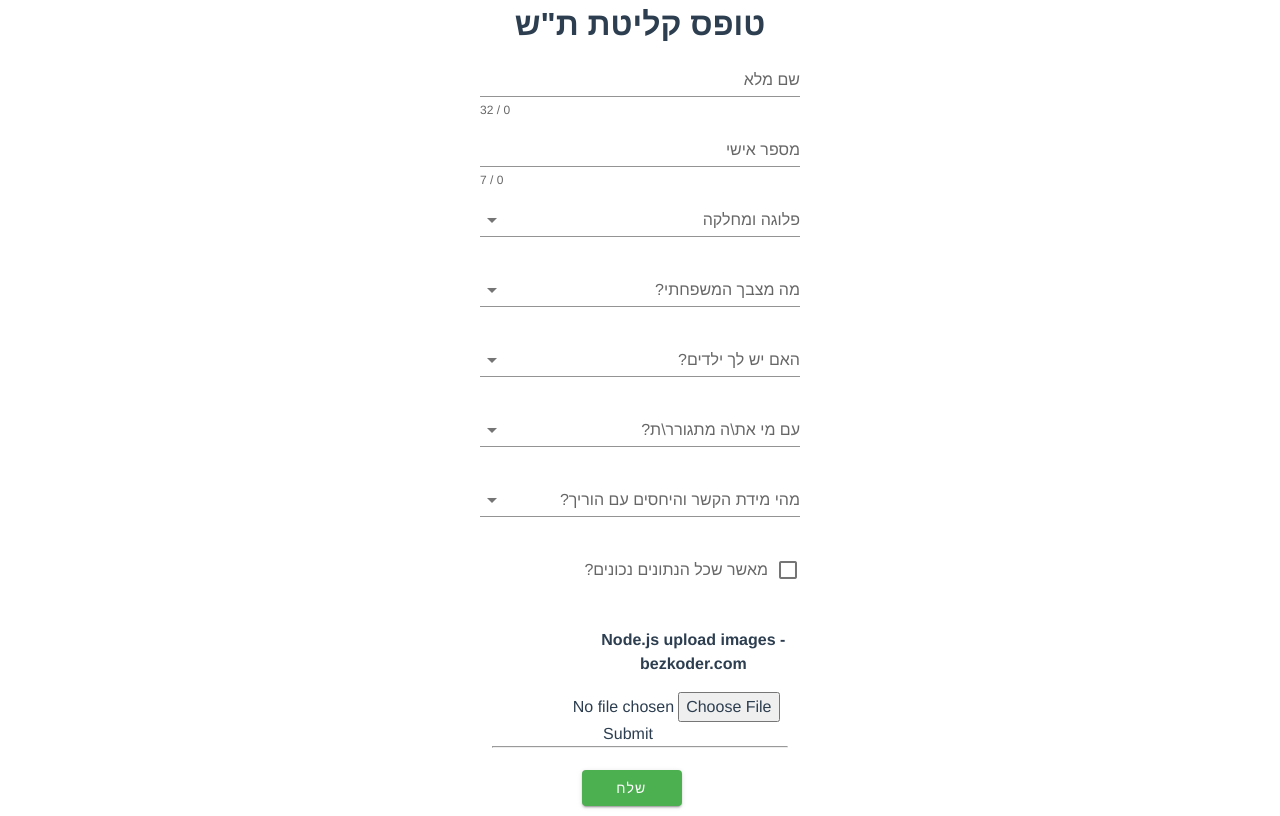
Repository: Natanhel/klitat-tash
Page: /
An editor plug-in stored every save of this project. The page is shown before and after a run of saves, followed by the edit.
The browser window is 1280 px wide. The pictures show the whole page.
The page's requests for data from a server got no answer. The project was rebuilt for these pictures with package versions that can differ from the ones it lists, and the page was loaded fresh each time. No one was signed in, and anything a server would have sent is missing. Also part of the build but not shown: vue.config.js.

Above is the page before, as saved 2020-12-02 13:13:50.

### src/App.vue
<template>
  <div id="app">
    <v-app>

      <h1>טופס קליטת ת"ש</h1>

      <v-form
        ref="form"
        v-model="valid"
        lazy-validation
      >
        <v-text-field
          v-model="name"
          :counter="32"
          :rules="nameRules"
          label="שם מלא"
          required
        ></v-text-field>

        <v-text-field
          v-model="pernr"
          :counter="7"
          :rules="pernrRules"
          label="מספר אישי"
          required
        ></v-text-field>

        <v-select
          v-model="select"
          :items="items"
          :rules="[v => !!v || 'נדרש להזין פלוגה ומחלקה']"
          label="פלוגה ומחלקה"
          required
        ></v-select>

        <v-select
          v-model="familySelect"
          :items="familyItems"
          :rules="[v => !!v || 'נדרש להזין מצב משפחתי']"
          label="מה מצבך המשפחתי?"
          required
        ></v-select>

        <v-select
          v-model="haveKidsSelect"
          :items="haveKidsItems"
          :rules="[v => !!v || 'נדרש להזין']"
          label="האם יש לך ילדים?"
          required
        ></v-select>

        <v-select
          v-model="livingWithSelect"
          :items="livingWithItems"
          :rules="[v => !!v || 'נדרש להזין']"
          label="עם מי את\ה מתגורר\ת?"
          required
        ></v-select>

        <v-select
          v-model="parentsStatusSelect"
          :items="parentsStatusItems"
          :rules="[v => !!v || 'נדרש להזין']"
          label="מהי מידת הקשר והיחסים עם הוריך?"
          required
        ></v-select>

        <v-checkbox
          v-model="checkbox"
          :rules="[v => !!v || 'עליך לאשר על מנת להמשיך!']"
          label="מאשר שכל הנתונים נכונים?"
          required
        ></v-checkbox>

      <div class="upload">

        <!-- <v-file-input
                id="input-files" v-model="files" show-size counter  chips label="העלאת קבצים"></v-file-input>

        <v-btn
          color="blue"
          class="mr-4"
          @click="uploadFile"
        >
          העלה קובץ
        </v-btn> -->

    <div class="container">
      <div class="row">
        <div class="col-sm-8 mt-3">
          <h4>Node.js upload images - bezkoder.com</h4>

          <form class="mt-4"
            action="/upload"
            method="POST"
            enctype="multipart/form-data"
          >
            <div class="form-group">
              <input
                type="file"
                name="file"
                id="input-files"
                class="form-control-file border"
              />
            </div>
            <button type="submit" class="btn btn-primary">Submit</button>
          </form>
        </div>
      </div>
      <hr />
      <div class="row">
        <div class="col-sm-12">
          <div class="preview-images"></div>
        </div>
      </div>
    </div>
      </div>
      <div class="btn-group">
        <v-btn
          color="success"
          class="mr-4"
          @click="validate"
        >
          שלח
        </v-btn>
      </div>

      </v-form>
    </v-app>
  </div>
</template>

<script>
// import mongoose from 'mongoose';
import axios from 'axios';

export default {
  name: 'App',
  mounted(){
    this.mongooseConnect()
    this.loginUser()
  },

  data: () => ({

    familySelect: '',
    haveKidsSelect: '',
    livingWithSelect: '',
    parentsStatusSelect: '',

    userToken: '',
    files: null,
    valid: true,
    name: '',
    nameRules: [
      v => !!v || 'נדרש להזין שם',
      v => !(v && v.length <= 4) || 'על השם להיות ארוך מ-4 תווים',
    ],
    pernr: '',
    pernrRules: [
      v => !!v || 'נדרש להזין מספר אישי',
      v => !(v.length !== 7) || 'על המספר להיות בדיוק 7 תווים'
    ],
    select: null,
    items: [
      'ו1',
      'ו2',
      'ו3',
      'ו4',
      'ו5',
    ],
    familyItems: [
      'רווק/ה',
      'נשוי/ה',
      'גרוש/ה'
    ],
    haveKidsItems: [
      'כן', 'לא'
    ],
    livingWithItems: [
      'מתוגרר/ת עם ההורים (אחד מהם לפחות)',
      'איני מתגורר/ת עם ההורים'
    ],
    parentsRelationsItems: [
      'בקשר עם שניהם ויחסים תקינים',
      'בקשר וביחסיפ תקינים (רק עם אחד מהם)',
      'בקשר עם שניהם/אחד מהם ומערכת יחסים רעועה',
      'לא בקשר בכלל'
    ],
    parentsStatusItems: [
      'נשואים',
      'גרושים',
      'פרודים',
      'אלמנ/ה',
      'רווק/ה'
    ],
    checkbox: false,
  }),
  methods: {
    loginUser(){

    // login
    const data = JSON.stringify({"password":"passward","email":"natanhelp@gmail.com"});

    const config = {
      method: 'post',
      url: 'https://nat-task-manager.herokuapp.com/users/login',
      headers: {
        'Content-Type': 'application/json'
      },
      data : data
    };

    axios(config)
      .then((response) => {
        this.userToken = response.data.token
      })
      .catch((error) => {
        console.log(error);
      })
    },
    validate () {
      this.$refs.form.validate()
    },
    uploadFile() {
      // document.ready(function() {
        let imagesPreview = function(input, placeToInsertImagePreview) {
          if (input.files) {
            let filesAmount = input.files.length;
            for (let i = 0; i < filesAmount; i++) {
              let reader = new FileReader();
              reader.onload = function(event) {
                document.parseHTML("<img>")
                  .attr("src", event.target.result)
                  .appendTo(placeToInsertImagePreview);
              };
              reader.readAsDataURL(input.files[i]);
            }
          }
        };
        document.getElementById("input-files").on("change", function() {
          imagesPreview(this, "div.preview-images");
        });
      // });
    },
    getFile(){

    },
    mongooseConnect(){
      // const connectionURL = process.env.MONGODB_URL
      // const connectionURL = 'mongodb+srv://taskapp:v1s774roecm@cluster0.r2ica.mongodb.net/test'

      // mongoose.connect(connectionURL, {
      //   useNewUrlParser: true,
      //   useCreateIndex: true,
      //   useUnifiedTopology: true,
      //   useFindAndModify: false
      // })
    }
  },
}
</script>

<style>
#app {
  font-family: Avenir, Helvetica, Arial, sans-serif;
  -webkit-font-smoothing: antialiased;
  -moz-osx-font-smoothing: grayscale;
  text-align: center;
  color: #2c3e50;
  margin-top: 60px;
}

form
{
  width: 20rem;
}

#app
{
  padding: 0; margin: 0;
  display: flex;
  align-items: center;
  justify-content: center;
  background-color: transparent;
}

.v-btn
{
  width: 100px;
}

.btn-group{
  width: 100%;
  padding: 10px;
}

.upload
{
  display: flex;
  flex-direction: row;
  width: 20rem;
}

@media screen and (max-width: 500px) {
  .upload
  {
    flex-direction: column;
    width: 100%;
    justify-content: center;
    align-items: center;
  }
  .v-input
  {
    width: 20rem;
  }
}

      div.preview-images > img {
        width: 30%;
      }
</style>

### src/plugins/vuetify.js
import Vue from 'vue';
import Vuetify from 'vuetify/lib';

Vue.use(Vuetify);

export default new Vuetify({
    rtl: true,
});

Loaded but not shown: public/index.html (common file); src/main.js (common file)

After the next 2 saves:
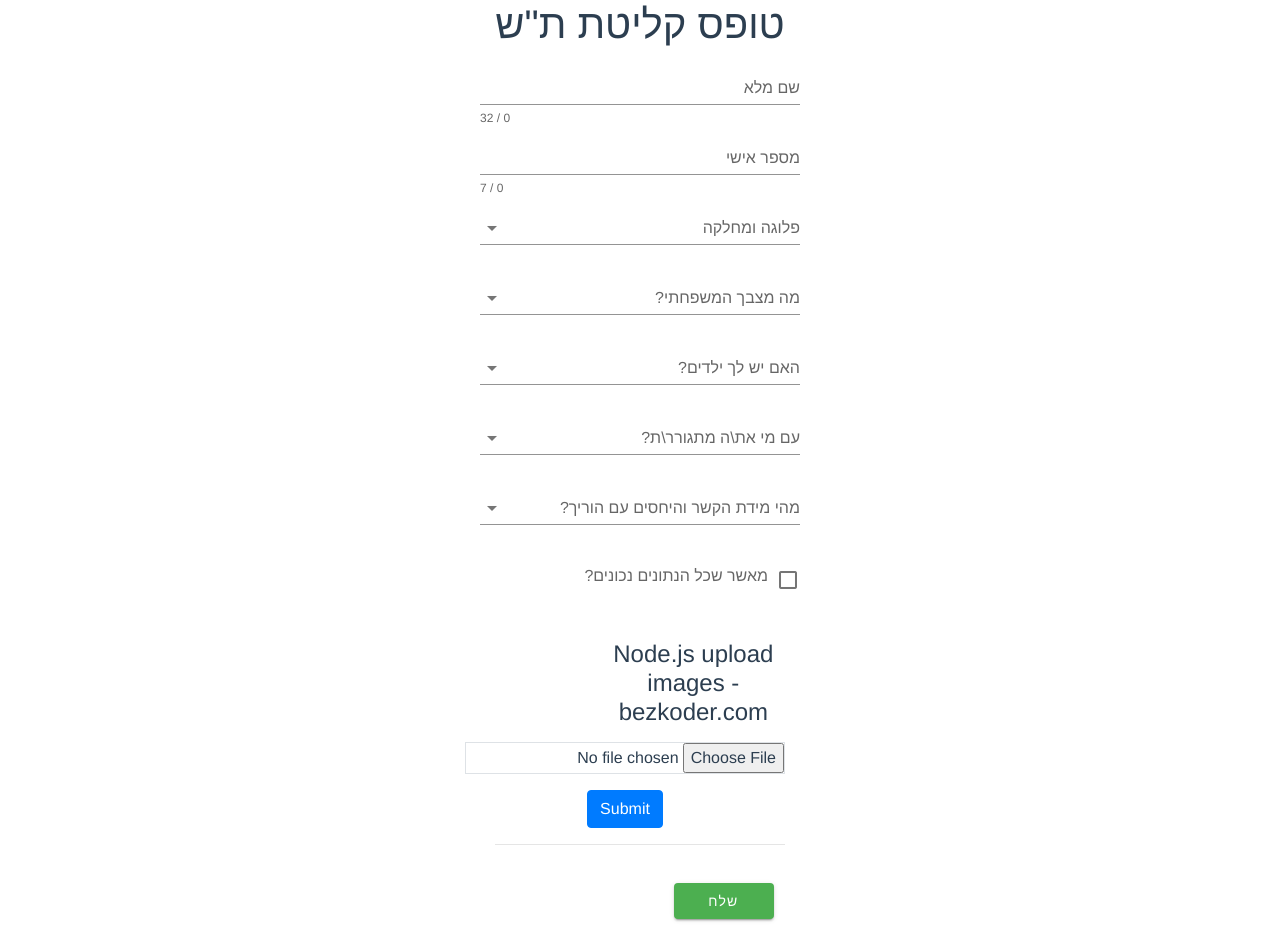
The 2 saves are shown as one change because 1 did not build or start.
The last was saved 27 s later.
--- a/src/App.vue
+++ b/src/App.vue
@@ -1,5 +1,7 @@
 <template>
+
   <div id="app">
+    <link rel="stylesheet" href="https://stackpath.bootstrapcdn.com/bootstrap/4.3.1/css/bootstrap.min.css" />
     <v-app>
 
       <h1>טופס קליטת ת"ש</h1>
